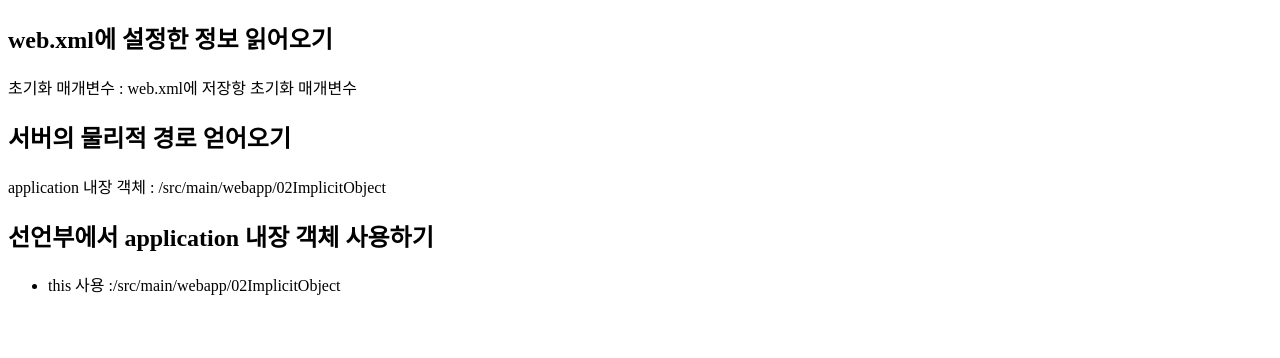
Repository: achul1026/jspStudy
Page: http://localhost/MustHaveJSP/02ImplicitObject/ApplicationMain.jsp
These files come from the project's save history. The page is drawn as it stood at one moment and after the next save; the edit follows.
The browser window is 1280 px wide. The pictures show the whole page.
The page is served by Tomcat 9. Other server files are loaded and not shown.

Above is the page before, as saved 2022-09-21 13:21:39.

### MustHaveJSP/src/main/webapp/02ImplicitObject/ApplicationMain.jsp
<%@ page language="java" contentType="text/html; charset=UTF-8"
    pageEncoding="UTF-8"%>
<!DOCTYPE html>
<html>
<head>
<title>내장 객체 - Response</title>
</head>
<body>
	<h2>web.xml에 설정한 정보 읽어오기</h2>
	초기화 매개변수 : <%=application.getInitParameter("INIT_PARAM") %>

	<h2>서버의 물리적 경로 얻어오기</h2>
	application 내장 객체 : <%=application.getRealPath("/02ImplicitObject") %>

	<h2>선언부에서 application 내장 객체 사용하기</h2>
	<%!
		public String useImplicitObject(){
			return this.getServletContext().getRealPath("/02ImplicitObject");
		}
		public String useImplicitObject(ServletContext app){
			return app.getRealPath("/02ImplicitObject");
		}
	%>
	<ul>
		<li>this 사용 :<%=useImplicitObject() %></li>
	</ul>
</body>
</html>

After the next save:
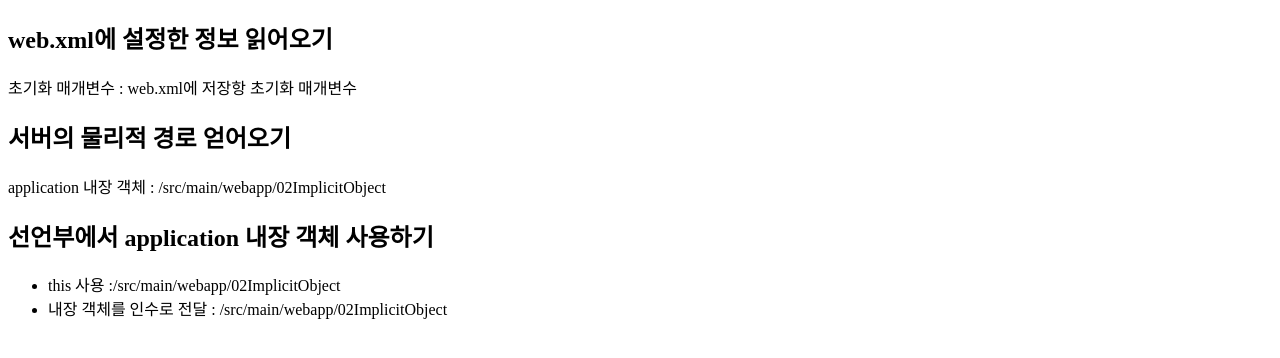
Saved 26 s later.
--- a/MustHaveJSP/src/main/webapp/02ImplicitObject/ApplicationMain.jsp
+++ b/MustHaveJSP/src/main/webapp/02ImplicitObject/ApplicationMain.jsp
@@ -23,6 +23,7 @@
 	%>
 	<ul>
 		<li>this 사용 :<%=useImplicitObject() %></li>
+		<li>내장 객체를 인수로 전달 : <%=useImplicitObject(application) %></li>
 	</ul>
 </body>
 </html>
